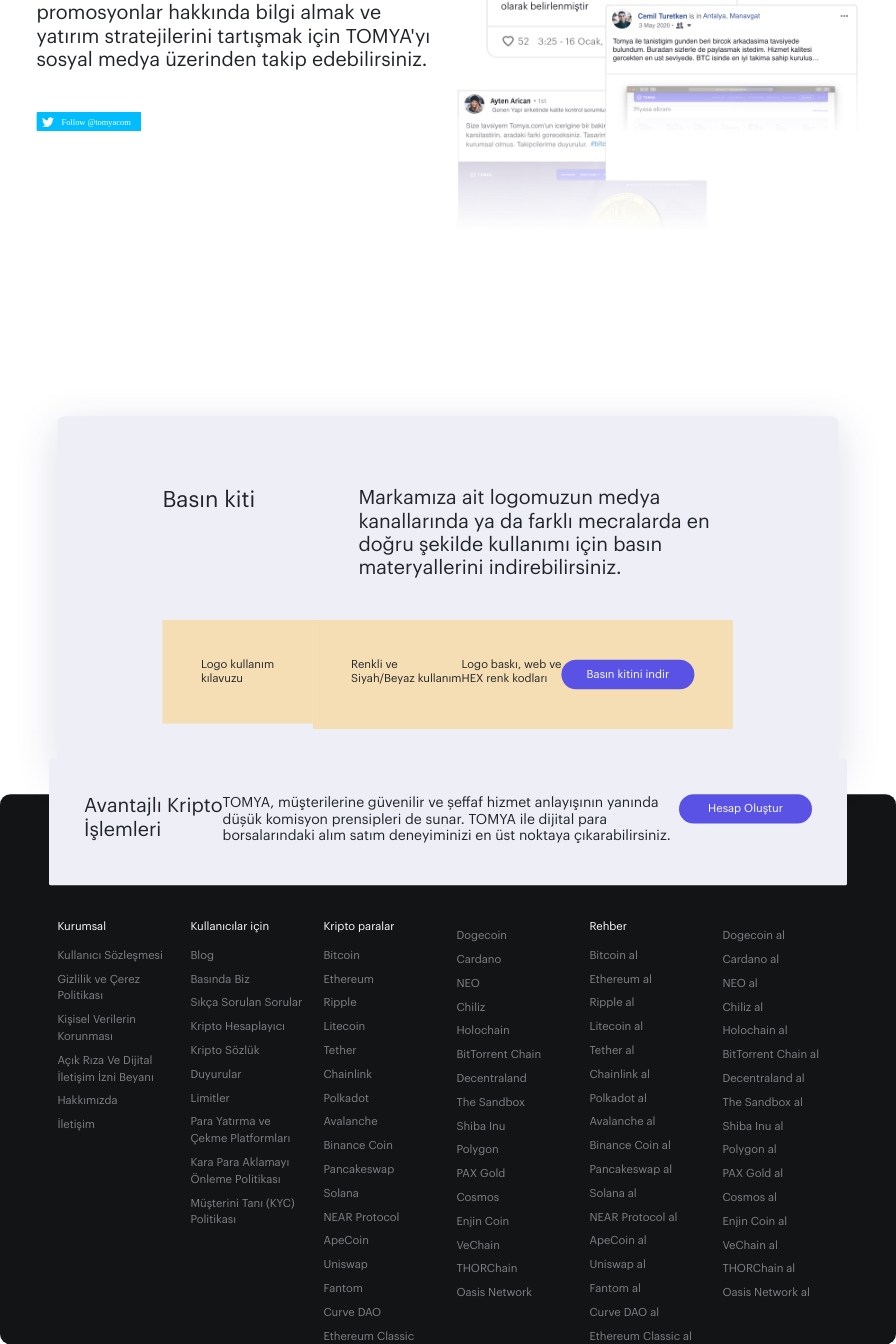
Repository: ezgibayrakli/TomyaProje
Page: index copy.html
These files come from the project's save history. The page is drawn as it stood at one moment and after the next save; the edit follows.
The browser window is 1280 px wide. The pictures show the part of the page from y = 2792 to 4712 px (the page is 4712 px tall), at 70% of full size.
Some web fonts or font styles are not loaded; a fallback is used.

Above is the page before, as saved 2023-07-07 12:04:05.

After the next save:
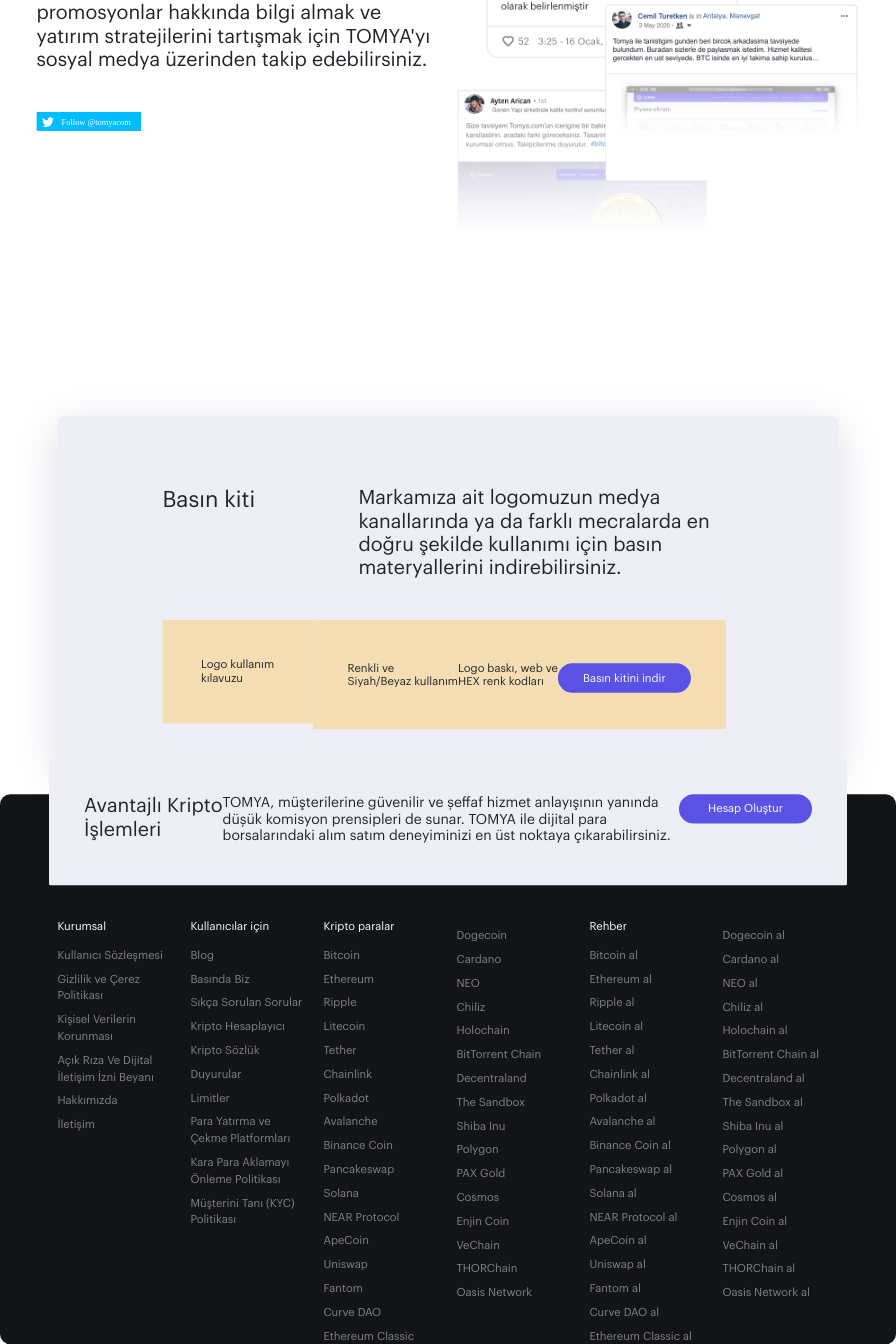
Saved 9 s later.
--- a/index copy.html
+++ b/index copy.html
@@ -181,7 +181,7 @@
                             <h6 style="padding: 55px;
                             background: wheat;">Logo kullanım <br class="d-md-block d-none">kılavuzu</h6>
                         </div>
-                        <div  class="mediakit ml-lg-1 mt-lg-0 mt-1 d-flex justify-content-between align-items-start flex-column" style="padding: 55px;
+                        <div  class="mediakit ml-lg-1 mt-lg-0 mt-1 d-flex justify-content-between align-items-start flex-column" style="padding: 50px;
                         background: wheat;"><span class="svgicon d-md-block d-none" data-url="assets/img/subpages/sub/mediaset.svg"></span>
                             <div  class="d-md-flex w-100 align-items-center"><h6  class="mr-5" style="">Renkli ve <br>Siyah/Beyaz kullanım</h6>
                                 <span class="svgicon d-md-none d-block mt-3" data-url=""></span><h6 class="last">Logo baskı, web ve <br>HEX renk kodları</h6><a class="btn btn-outline-success py-0_22 small d-inline-block ml-auto mt-lg-0 mt-7" href="assets/basin-kiti/Tomya-Kurumsal.zip">Basın kitini indir</a>
